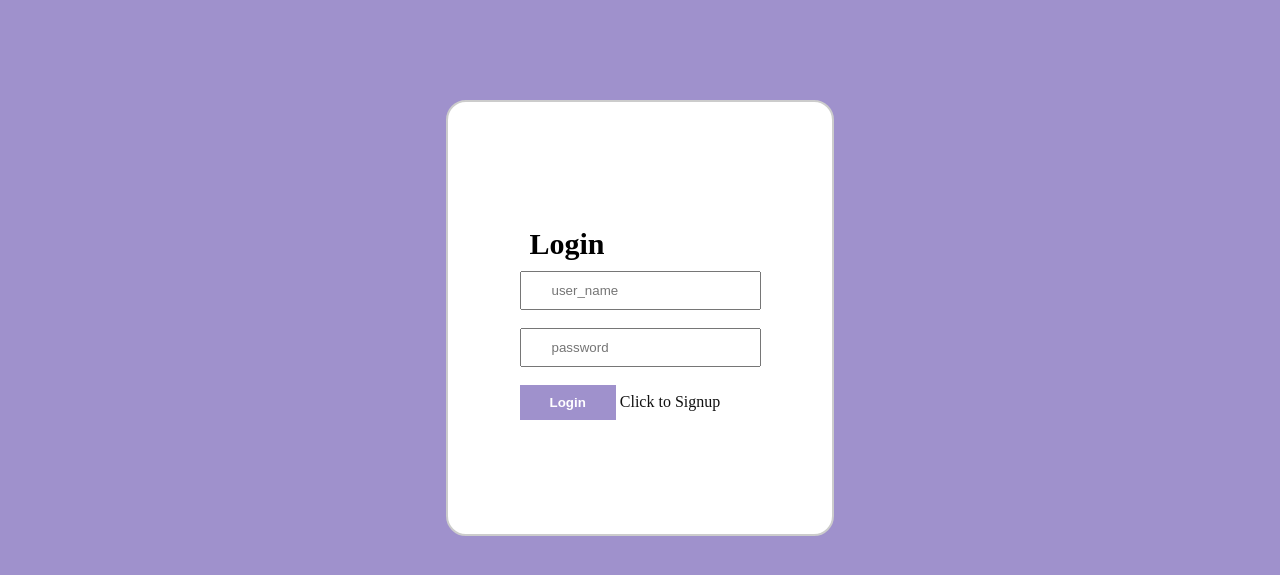
Repository: prathyushaa5/artgallery
Page: http://localhost/index/login.php
The author's editor kept a copy of each file at every save. The page is drawn from the files as they stood at one save, then again after the next save.
The browser window is 1280 px wide. The pictures show the whole page.
The page is run by PHP 8.4 with error messages shown; the project is at /var/www/html/.

Above is the page before, as saved 2023-11-16 13:52:33.

### index/login.php
<?php
session_start();
include("connection.php");
include("functions.php");


if($_SERVER['REQUEST_METHOD']== "POST"){
 //something was posted

$user_name= $_POST['user_name'];
$password= $_POST['password'];
if(!empty($user_name)&& !empty($password)){
  //read from database;
  $user_id=random_num(10);
  $query="select * from users where user_name='$user_name' limit 1";
  $result=mysqli_query($con,$query);
  if($result){
    if($result && mysqli_num_rows($result)>0)
{
    $user_data=mysqli_fetch_assoc($result);
     if($user_data['password']==$password){
        $_SESSION['user_id']=$user_data['user_id'];
        header("Location: art.php");
        die;
     }
}
 }
 echo "Please enter valid username or password!";

}else{
 echo "Please enter valid username or password!";
}
}


?>

<!DOCTYPE html>
<html lang="en">
<head>
    <meta charset="UTF-8">
    <meta name="viewport" content="width=device-width, initial-scale=1.0">
    <title>Login</title>
    <link rel="stylesheet" href="../index/style.css">
</head>
<body>
    <div class="box">
    <form method="post">
        <div class="login">Login</div>
    <input type="text" name="user_name" id="user_name" placeholder="user_name"><br><br>
    <input type="password" name="password" id="password" placeholder="password"><br><br>
    <input type="submit" value="Login" id="button">
    <a href="signup.php"> Click to Signup</a>
    </form>
    </div>
</body>
</html>

### index/connection.php
<?php

$dbhost="localhost";
$dbuser="root";
$dbpass="";
$dbname="artgallery";

if(!$con=mysqli_connect($dbhost,$dbuser,$dbpass,$dbname)){
  die("failed connection");
}

### index/functions.php
<?php


function check_login($con){

  if(isset($_SESSION['user_id'])){

    $id=$_SESSION['user_id'];
    $query="select * from users where user_id='$id' limit 1";
    $result=mysqli_query($con,$query);
    if($result&&mysqli_num_rows($result)>0){
       $user_data=mysqli_fetch_assoc($result);
       return $user_data;
    }
  }
  //redirect to login
  header("Location :login.php");
  die;
}

function random_num($length){
    $text="";
    if($length<5){
        $length=5;
    }
    $len=rand(4,$length);
    for($i=0;$i<$len;$i++){
        $text .=rand(0,9);

    }
    return $text;
}

### index/style.css
body{
    padding:0px;
    margin:0px;
    display:flex;
    justify-content:center;
    align-items:center;
    background-color:#9F91CC;
}
.login{
    margin:10px;
    font-size:30px;
    font-weight:bolder;


}
.box{
    width:30%;
    height:60vh;
    border:2px solid #ccc;
    margin:100px;
    display:flex;
    flex-direction:column;
    justify-content:center;
    align-items:center;
    border-radius:20px;
    background-color:#ffffff;
}
input{
    padding:10px 30px;
}
a{
    text-decoration:none;
    color:#111111;
}
#button{
    color:#ffffff;
    background-color:#9F91CC;
    border:none;
    font-weight:bolder;

}

After the next save:
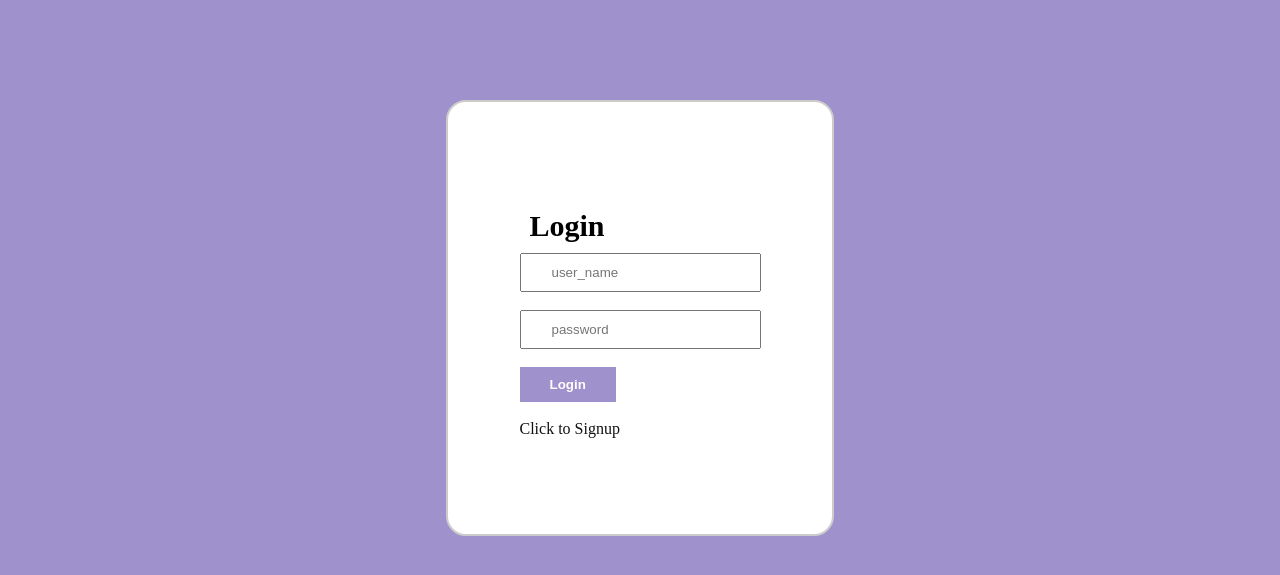
Saved 29 s later.
--- a/index/login.php
+++ b/index/login.php
@@ -49,7 +49,7 @@ if(!empty($user_name)&& !empty($password)){
         <div class="login">Login</div>
     <input type="text" name="user_name" id="user_name" placeholder="user_name"><br><br>
     <input type="password" name="password" id="password" placeholder="password"><br><br>
-    <input type="submit" value="Login" id="button">
+    <input type="submit" value="Login" id="button"><br><br>
     <a href="signup.php"> Click to Signup</a>
     </form>
     </div>
